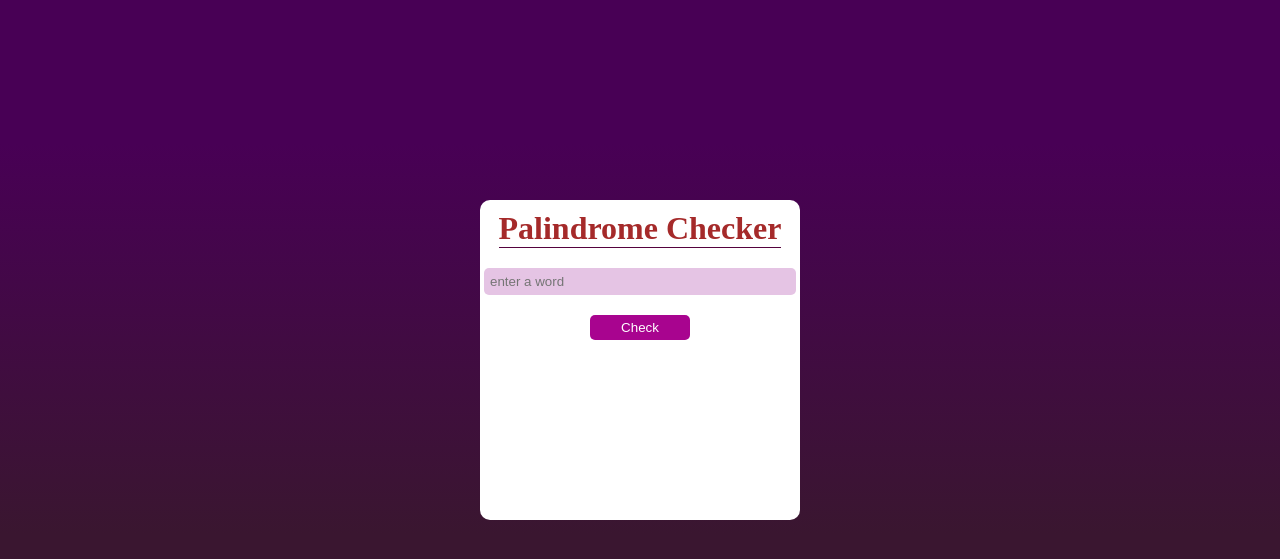
Repository: albinsabu2023/palindromeChecker
Page: index.html
An editor plug-in stored every save of this project. The page is shown before and after the next save, followed by the edit.
The browser window is 1280 px wide. The pictures show the whole page.

Above is the page before, as saved 2023-09-12 01:31:38.

After the next save:
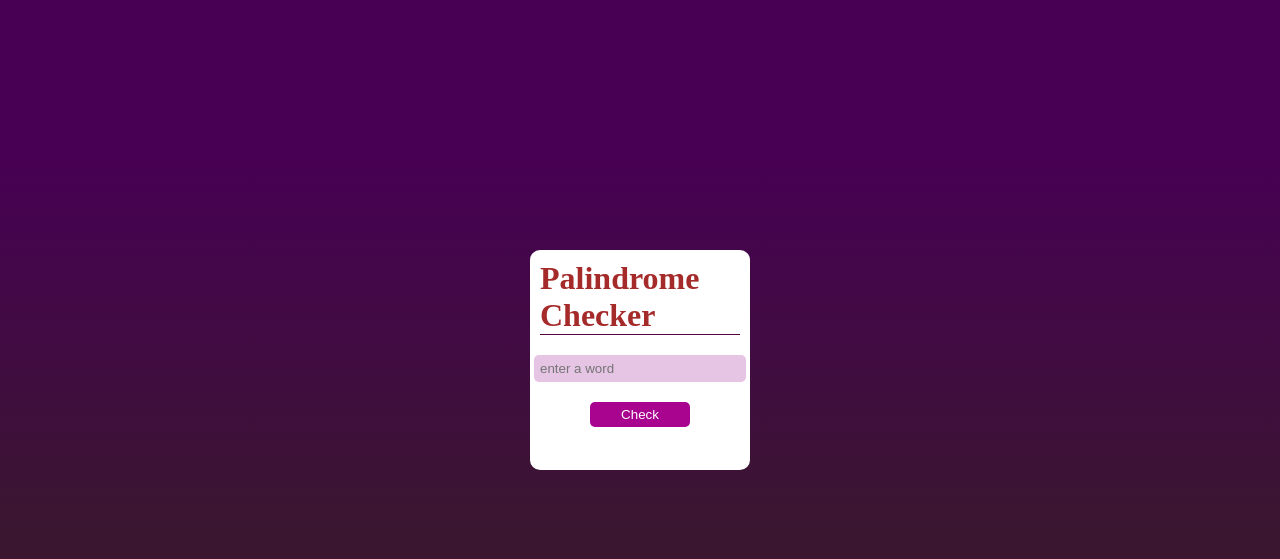
Saved 9 s later.
--- a/style.css
+++ b/style.css
@@ -19,8 +19,8 @@ body{
     align-items: center;
     /* justify-content: center; */
     gap: 20px;
-    width: 300px;
-    height: 300px;
+    width: 200px;
+    height: 200px;
 
 }
 .container h1{
